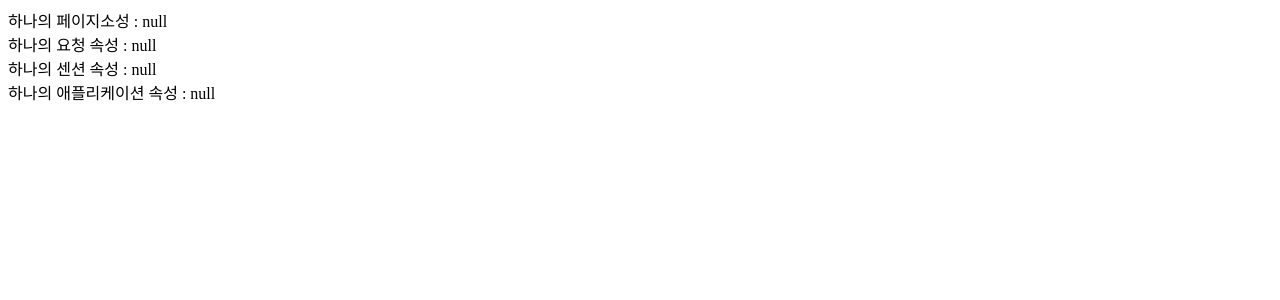
Repository: sinaboro/JSP201310
Page: http://localhost/web-study-04/07_thirdPage.jsp
The author's editor kept a copy of each file at every save. The page is drawn from the files as they stood at one save, then again after the next save.
The browser window is 1280 px wide. The pictures show the whole page.
The page is served by Tomcat 9. The template is opened directly, without the code that normally fills it, so the values that code supplies are empty.

Above is the page before, as saved 2023-10-11 03:54:35.

### web-study-04/src/main/webapp/07_thirdPage.jsp
<%@ page language="java" contentType="text/html; charset=UTF-8"
    pageEncoding="UTF-8"%>
<!DOCTYPE html>
<html>
<head>
<meta charset="UTF-8">
<title>Insert title here</title>
</head>
<body>

하나의 페이지소성 : <%=pageContext.getAttribute("name") %><br>
하나의 요청 속성 : <%=request.getAttribute("name") %><br>
하나의 센션 속성 : <%=session.getAttribute("name") %><br>
하나의 애플리케이션 속성 : <%=application.getAttribute("name") %>
</body>
</html>

After the next save:
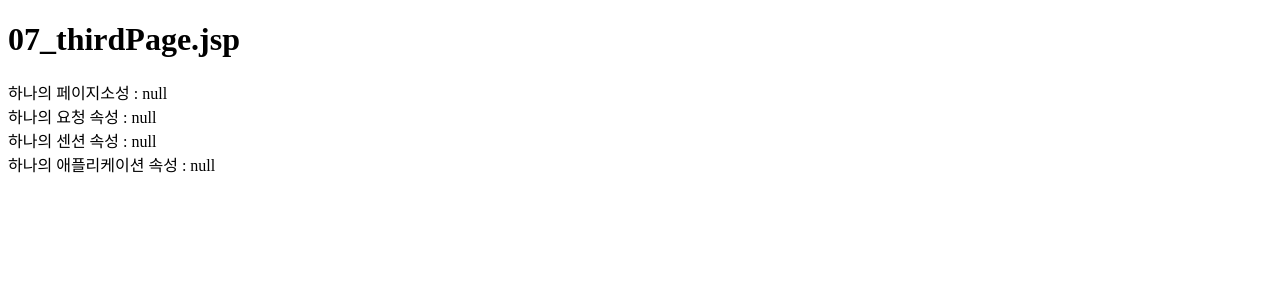
Saved 5 s later.
--- a/web-study-04/src/main/webapp/07_thirdPage.jsp
+++ b/web-study-04/src/main/webapp/07_thirdPage.jsp
@@ -7,7 +7,7 @@
 <title>Insert title here</title>
 </head>
 <body>
-
+<h1>07_thirdPage.jsp</h1>
 하나의 페이지소성 : <%=pageContext.getAttribute("name") %><br>
 하나의 요청 속성 : <%=request.getAttribute("name") %><br>
 하나의 센션 속성 : <%=session.getAttribute("name") %><br>
